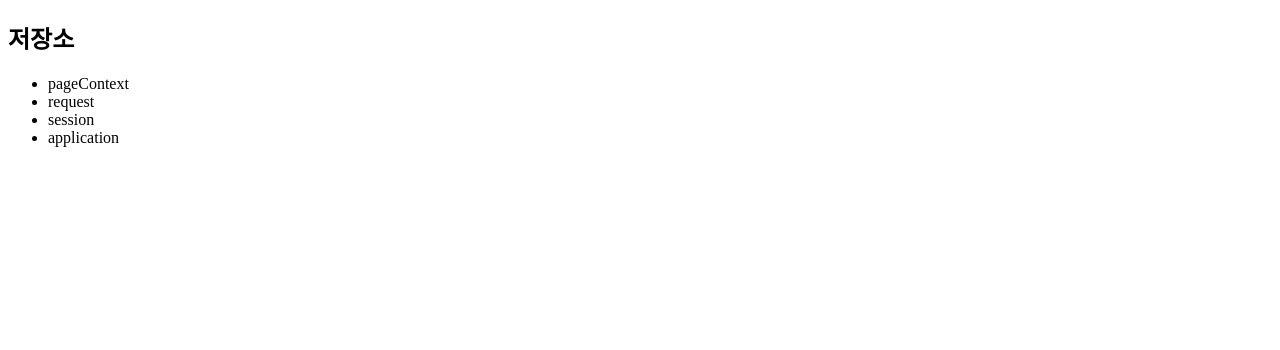
Repository: nobley3/EclipseIDE
Page: http://localhost/ELprj0908/el2
The author's editor kept a copy of each file at every save. The page is drawn from the files as they stood at one save, then again after the next save.
The browser window is 1280 px wide. The pictures show the whole page.
The page is served by Tomcat 9.

Above is the page before, as saved 2023-09-08 01:13:56.

After the next save:
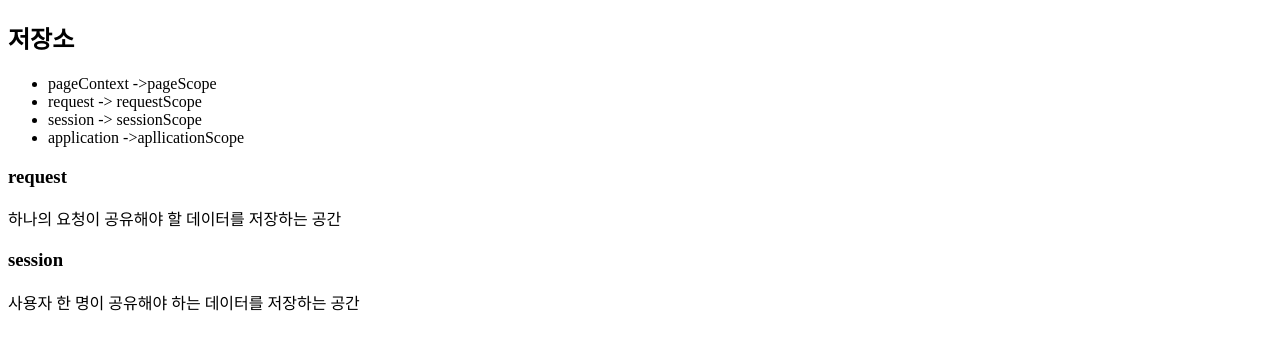
Saved 6 min 12 s later.
--- a/ELprj0908/src/main/webapp/WEB-INF/views/el2.jsp
+++ b/ELprj0908/src/main/webapp/WEB-INF/views/el2.jsp
@@ -9,10 +9,16 @@
 <body>
 <h2>저장소</h2>
 <ul>
-<li>pageContext</li>
-<li>request</li>
-<li>session</li>
-<li>application</li>
+<li>pageContext ->pageScope</li> <!-- set Attribute 이후 -->
+<li>request -> requestScope</li>
+<li>session -> sessionScope</li>
+<li>application ->apllicationScope</li>
 </ul>
+
+<h3>request</h3>
+<p>하나의 요청이 공유해야 할 데이터를 저장하는 공간</p>
+
+<h3>session</h3>
+<p>사용자 한 명이 공유해야 하는 데이터를 저장하는 공간</p>
 </body>
 </html>
